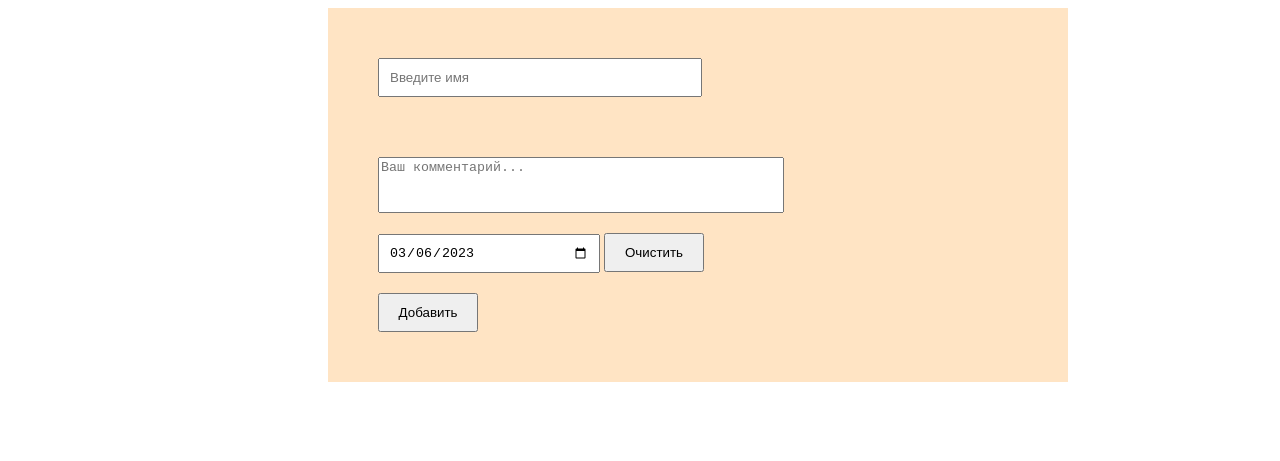
Repository: Grid-Master/commentList
Page: index.html
The author's editor kept a copy of each file at every save. The page is drawn from the files as they stood at one save, then again after the next save.
The browser window is 1280 px wide. The pictures show the whole page.

Above is the page before, as saved 2023-03-12 20:33:16.

After the next save:
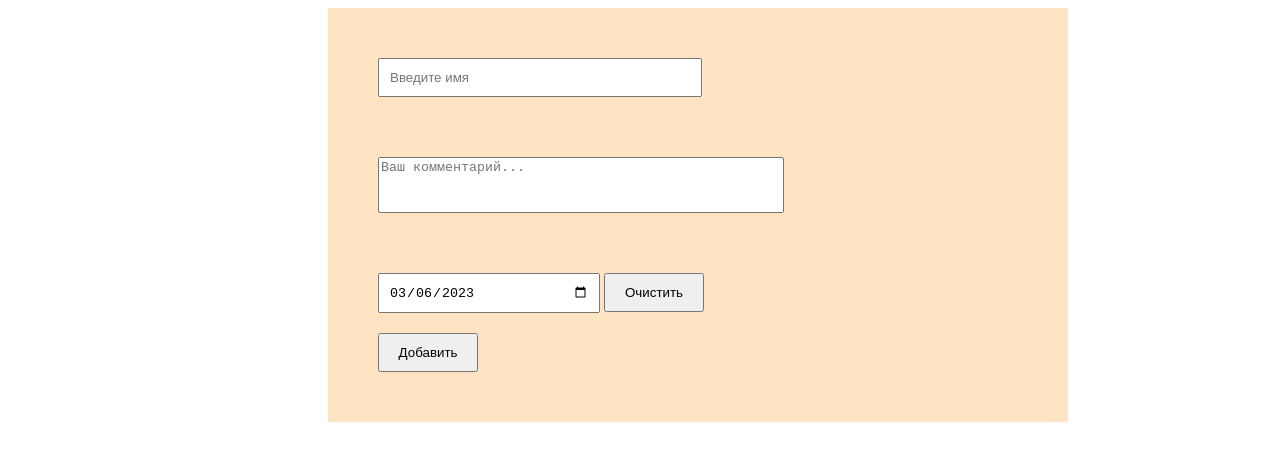
Saved 45 s later.
--- a/index.html
+++ b/index.html
@@ -44,6 +44,7 @@
       <input id="name" type="text" placeholder="Введите имя" required />
       <h2 id="nameReq"></h2>
       <textarea id="comment" placeholder="Ваш комментарий..." required></textarea>
+      <h2 id="commentReq"></h2>
       <div>
         <input type="date" id="date" />
         <button type="button" onclick="clearDate()">Очистить</button>
